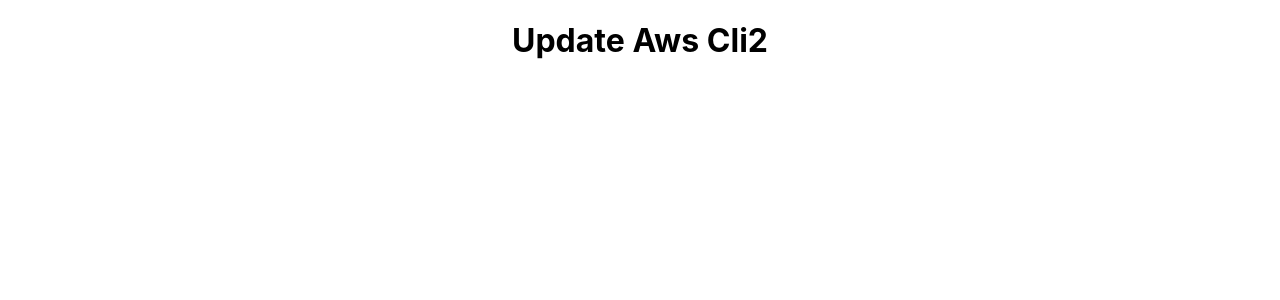
Repository: SeungYn/aws-test-deploy
Page: /
These files come from the project's save history. The page is drawn as it stood at one moment and after the next save; the edit follows.
The browser window is 1280 px wide. The pictures show the whole page.
The project was rebuilt for these pictures with package versions that can differ from the ones it lists, and the page was loaded fresh each time.

Above is the page before, as saved 2023-02-26 17:20:36.

After the next save:
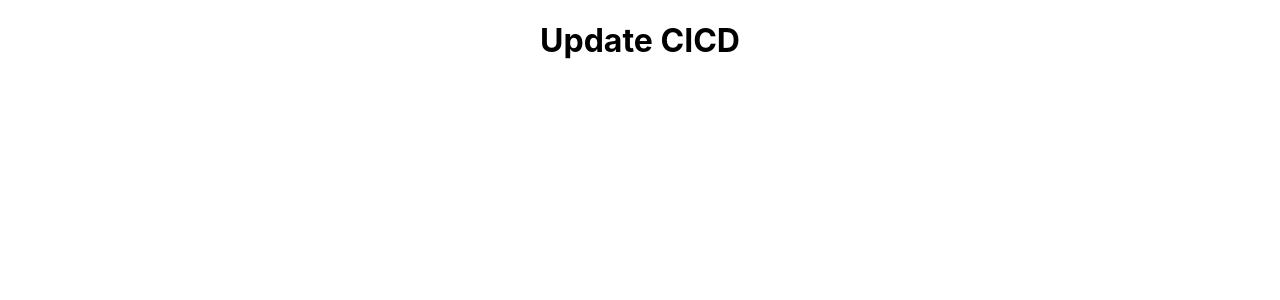
Saved 4 s later.
--- a/src/App.js
+++ b/src/App.js
@@ -4,7 +4,7 @@
 function App() {
   return (
     <div className='App'>
-      <h1>Update Aws Cli2</h1>
+      <h1>Update CICD</h1>
     </div>
   );
 }
